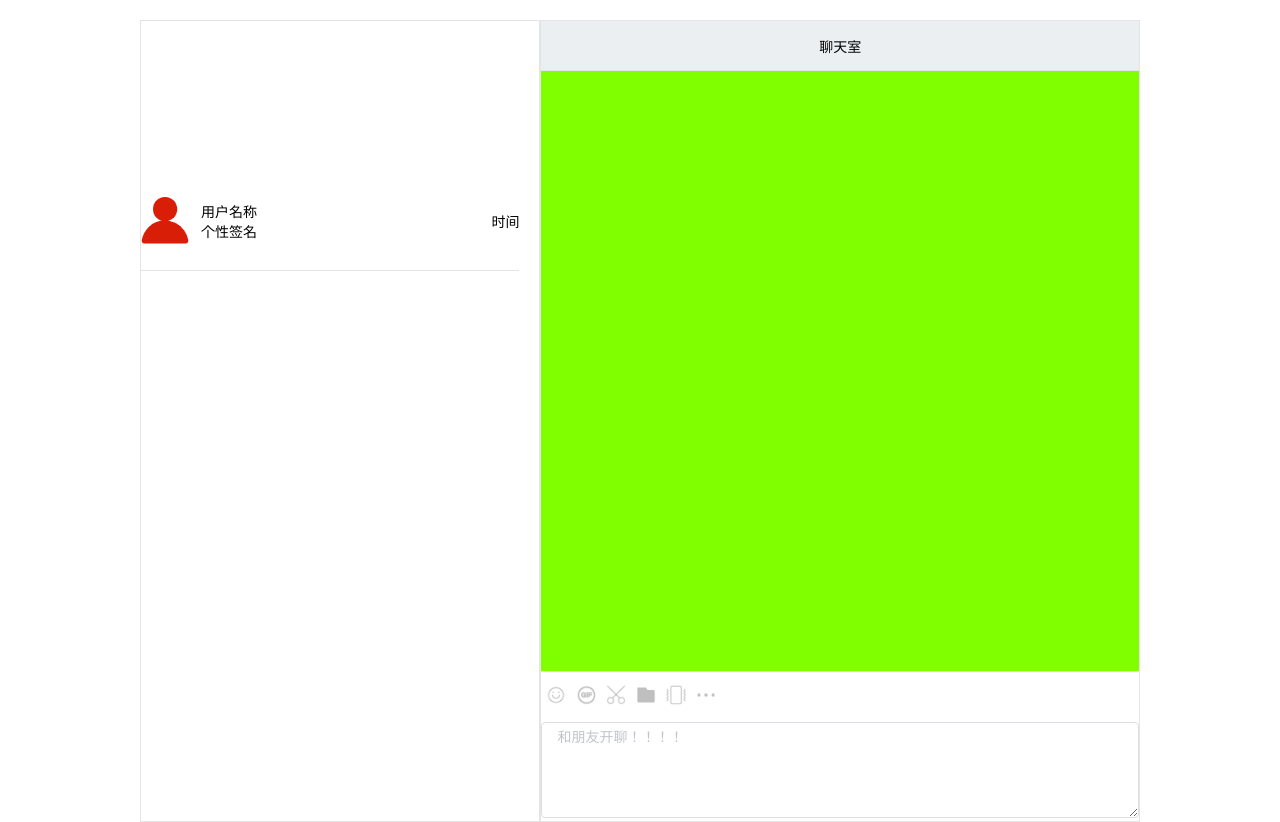
Repository: jinggegeZ/livechat
Page: /
The author's editor kept a copy of each file at every save. The page is drawn from the files as they stood at one save, then again after the next save.
The browser window is 1280 px wide. The pictures show the whole page.
The project was rebuilt for these pictures with package versions that can differ from the ones it lists, and the page was loaded fresh each time.

Above is the page before, as saved 2020-08-17 13:03:27.

### src/main.js
import Vue from 'vue'
import App from './App.vue'
import router from './router'
import store from './store'
import ElementUI from 'element-ui';
import 'element-ui/lib/theme-chalk/index.css';

Vue.config.productionTip = false
Vue.use(ElementUI);
new Vue({
  router,
  store,
  render: h => h(App)

}).$mount('#app')

### src/App.vue
<template>
  <div id="app">

    <router-view/>
  </div>
</template>

<style lang="scss">
*{
  margin: 0;
  padding: 0;
}
</style>

### src/views/Home.vue
<template>
  <div class="content">
    <div class="content-c">
      <div class="box">
        <!-- 用户信息 -->
        <div class="box1">
        <!-- 搜索用户名字 -->
        <div class="boxsearch"></div>
        <!-- 信息盒子 -->
          <div class="box1-1">
            <div class="box1-1-1">
              <!-- 头像 -->
              <div class="img">
                <img src="../../public/image/active-my.png" alt />
              </div>
              <!-- 用户信息 -->
              <div>
                <div>用户名称</div>
                <div>个性签名</div>
              </div>
            </div>
            <!-- 时间 -->
            <div>时间</div>
          </div>
        </div>
        <!-- 聊天信息 -->
        <div class="box2">
          <div class="box2-1">
            <div class="box2-1-top">聊天室</div>
            <div class="box2-1-body"></div>
          </div>
          <div class="box2-2">
            <div class="box2-2-1">
              <div>
                <img class="img1" src="../../public/image/small.png" alt />
              </div>
              <div>
                <img class="img1" src="../../public/image/GIF.png" alt />
              </div>
              <div>
                <img class="img1" src="../../public/image/chose.png" alt />
              </div>
              <div>
                <img class="img1" src="../../public/image/word.png" alt />
              </div>
              <div>
                <img class="img1" src="../../public/image/move.png" alt />
              </div>
              <div>
                <img class="img1" src="../../public/image/more.png" alt />
              </div>
            </div>
            <div class="box2-2-2">
              <el-input
                type="textarea"
                v-model="textarea"
                placeholder="和朋友开聊！！！！"
                :autosize="{ minRows: 4, maxRows: 8}"
              ></el-input>
            </div>
          </div>
        </div>
      </div>
    </div>
  </div>
</template>

<script>
export default {
  name: "",
  props: {},
  components: {},
  data() {
    return {
      input: "",
      textarea: "",
    };
  },
  methods: {},
  mounted() {},
  watch: {},
  computed: {},
};
</script>

<style scoped lang='scss'>
.content {
  width: 100%;
  display: flex;
  justify-content: center;
  font-size: 14px;
}
.content-c {
  width: 95%;
  display: flex;
  justify-content: center;
  align-items: center;
}
.box {
  width: 1000px;
  height: 800px;
  background: white;
  display: flex;
  margin-top: 20px;
}
.box1 {
  flex: 4;
  height: 100%;
  border: 1px solid rgb(228, 228, 228);
}
.boxsearch {
  width: 100%;
  height: 150px;
}
.box1-1 {
  width: 95%;
  height: 99px;
  border-bottom: 1px solid rgb(228, 228, 228);
  display: flex;
  align-items: center;
  justify-content: space-between;
}
.box1-1-1 {
  display: flex;
  align-items: center;
  height: 100%;
}
.img {
  width: 50px;
  height: 50px;
  border-radius: 50%;
  margin-right: 10px;
}
.img1 {
  width: 20px;
  height: 20px;
  margin: 5px;
}
.box2 {
  flex: 6;
  height: 100%;
  position: relative;
  border: 1px solid rgb(228, 228, 228);
}
.box2-2 {
  position: absolute;
  bottom: 0;
  width: 100%;
  height: 149px;
  z-index: 1;
  border-top: 1px solid rgb(228, 228, 228);
}
.box2-1-top {
  width: 100%;
  height: 49px;
  border-bottom: 1px solid rgb(228, 228, 228);
  display: flex;
  justify-content: center;
  align-items: center;
  background: rgb(235, 239, 242);
}
.box2-1-body {
  width: 100%;
  height: 600px;
  background: chartreuse;
}
.box2-2-1 {
  width: 100%;
  height: 50px;
  display: flex;
  align-items: center;
}
.box2-2-2 {
  width: 100%;
  height: 100px;
}
</style>

Loaded but not shown: public/index.html (common file); src/router/index.js (common file); src/store/index.js (common file)

After the next save:
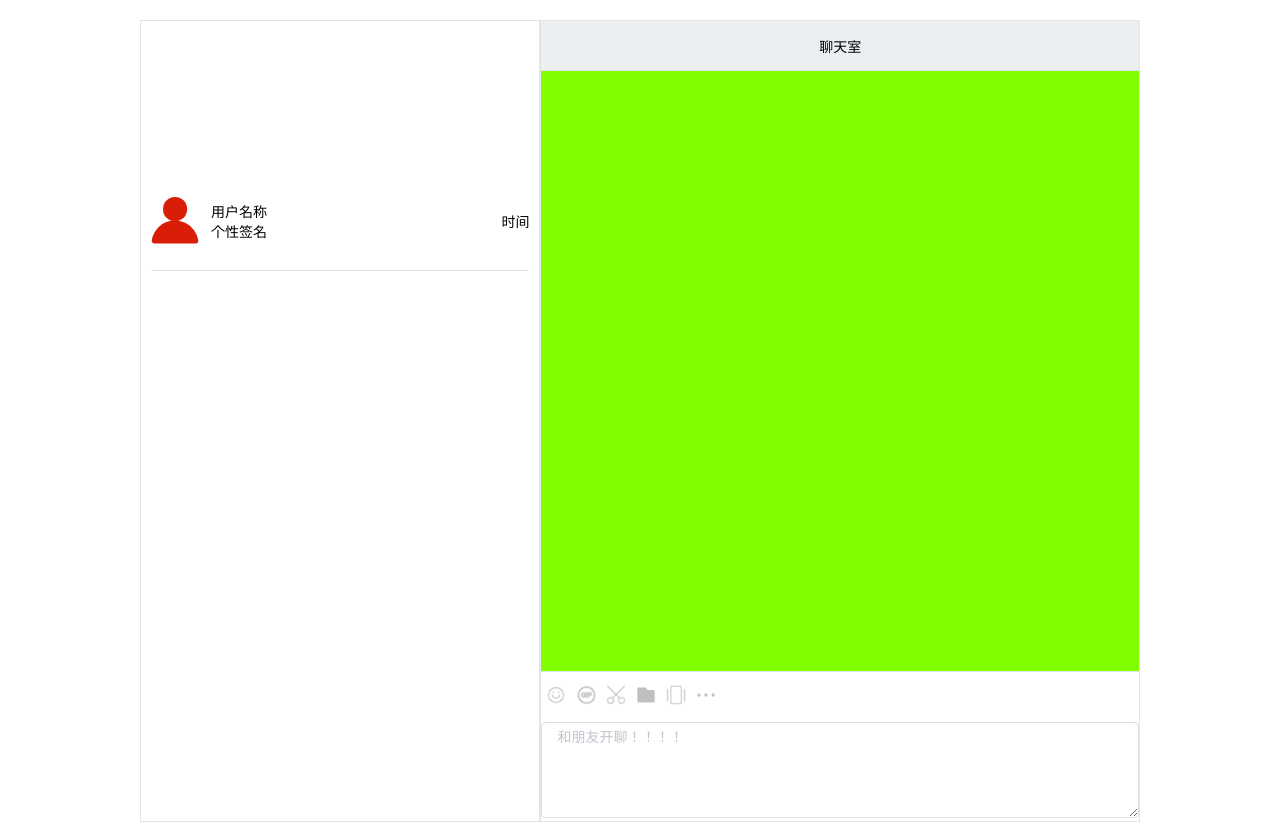
Saved 75 s later.
--- a/src/views/Home.vue
+++ b/src/views/Home.vue
@@ -7,7 +7,8 @@
         <!-- 搜索用户名字 -->
         <div class="boxsearch"></div>
         <!-- 信息盒子 -->
-          <div class="box1-1">
+          <div class="msgbox">
+            <div class="box1-1">
             <div class="box1-1-1">
               <!-- 头像 -->
               <div class="img">
@@ -21,6 +22,7 @@
             </div>
             <!-- 时间 -->
             <div>时间</div>
+          </div>
           </div>
         </div>
         <!-- 聊天信息 -->
@@ -112,6 +114,10 @@ export default {
   width: 100%;
   height: 150px;
 }
+.msgbox {
+  display: flex;
+  justify-content: center;
+}
 .box1-1 {
   width: 95%;
   height: 99px;
